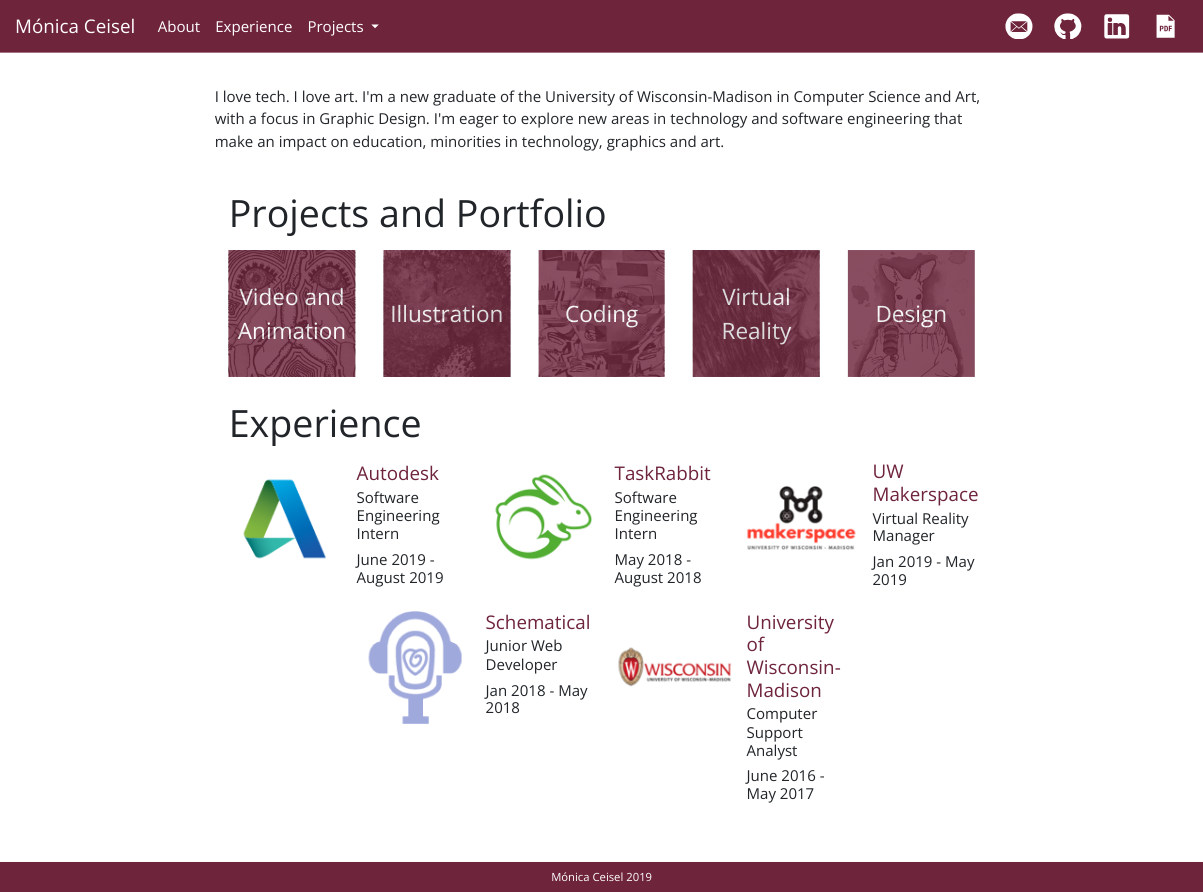
Repository: ceiselm/ceiselm.github.io
Page: index.html
These files come from the project's save history. The page is drawn as it stood at one moment and after the next save; the edit follows.
The browser window is 1280 px wide. The pictures show the whole page, at 94% of full size.

Above is the page before, as saved 2019-08-07 23:19:49.

After the next save:
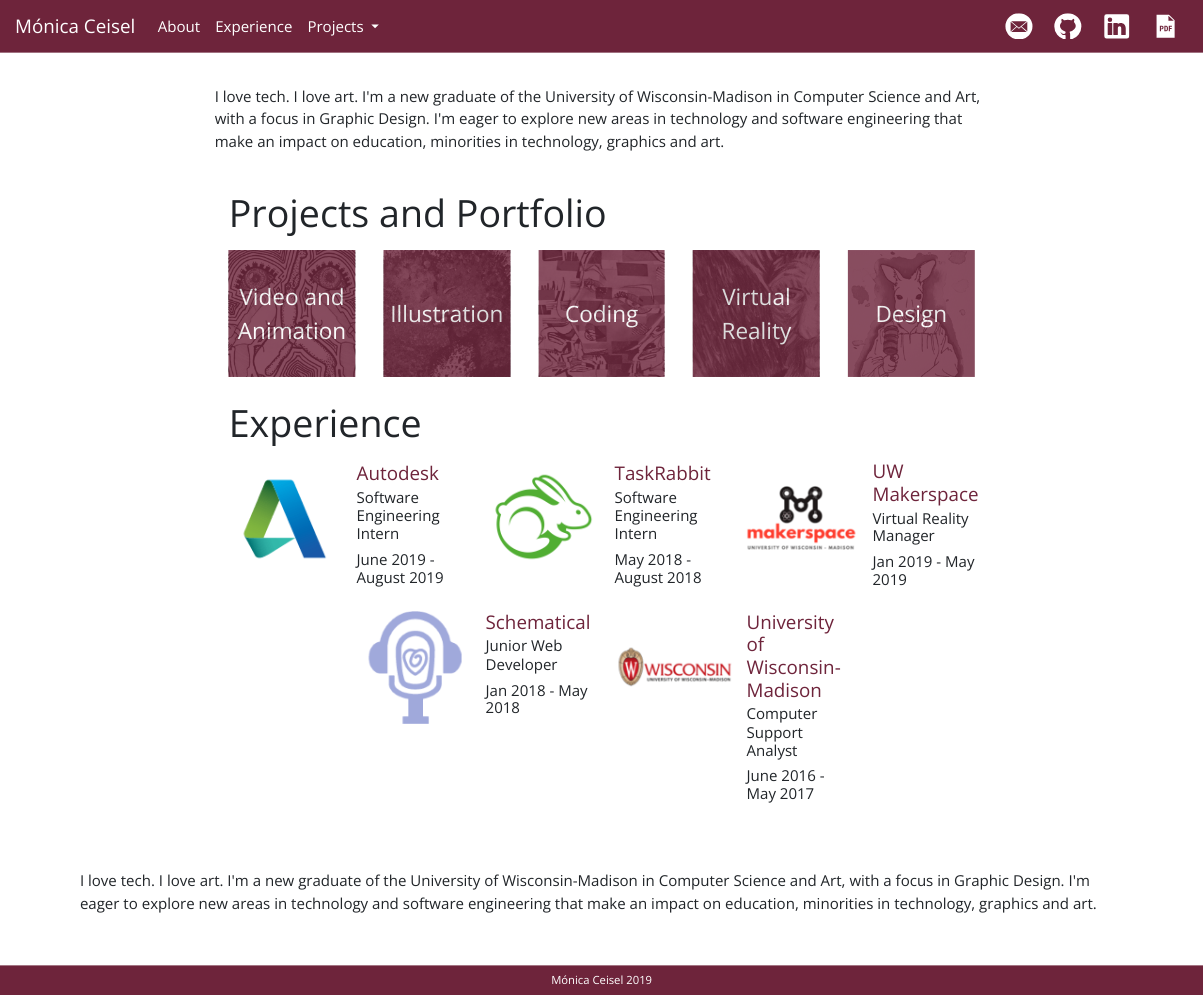
Saved 2 min 0 s later.
--- a/index.html
+++ b/index.html
@@ -70,10 +70,11 @@
     </nav>
     <!-- site navigation component END -->
     <!-- <hr> -->
-    <!-- about START -->
+
     <div class="container col-md-8">
     <div class="row justify-content-center">
     <!-- <div class="col-8"> -->
+          <!-- about START -->
     <div class="portion">
 
       <section>
@@ -274,6 +275,53 @@
 </div>
 </div>
   <!-- experience END -->
+        <!-- awards START -->
+        <div class="portion">
+
+            <section>
+              <div class="text-center mt-2">
+                <div class="container">
+                  <div class="row">
+                    <div class="col-12">
+                      <!-- <h1 id="startAbout">About</h1> -->
+                      <div class="container">
+                        <div class="row justify-content-center">
+                          <!-- <div class="col col-md-8"> -->
+                            <p align="left">I love tech. I love art. I'm a new graduate of the University of Wisconsin-Madison
+                              in Computer Science and Art,
+                              with a focus in Graphic Design. I'm eager to explore new areas in technology and software
+                              engineering that
+                              make an impact on education, minorities in technology, graphics and art.
+                            </p>
+                          <!-- </div> -->
+                        </div>
+                      </div>
+                      <!-- noteworthy articles -->
+                      <!--				https://insider.windows.com/en-us/community-news/how-this-coder-artist-grew-superpowers-to-create/-->
+                      <!--				https://insider.windows.com/en-us/community-news/extraordinary-women-in-computing/-->
+
+                      <!-- <div class="wrapper"> -->
+                      <!-- <div class="portion">
+                        <div class="row align-items-center">
+                        <div class="container col-lg-10 col-md-10">
+                        <div class="slides">
+                          <div><img class="slide-item col-sx-4" src="images/carousel/Microsoft.png" alt="First slide"><a class="highlight" href="https://insider.windows.com/en-us/community-news/how-this-coder-artist-grew-superpowers-to-create/">Microsoft Women
+                            in Computing Award Winner</a></div>
+                          <div><img class="slide-item col-sx-4" src="images/carousel/Target.jpg" alt="Second slide">1st Place for the
+                            Target Women in Tech Symposium Hackathon</div>
+                          <div><img class="slide-item col-sx-4" src="images/carousel/TaskRabbit.jpg" alt="Third slide">Software
+                            Engineering Internship at TaskRabbit</div>
+                          </div>
+                        </div>
+                      </div> -->
+                    </div>
+                    </div>
+                  </div>
+                </div>
+              </div>
+            </section>
+          </div>
+          <!-- awards END -->
   </main>
   <!-- footer START -->
   <div class="portion">
